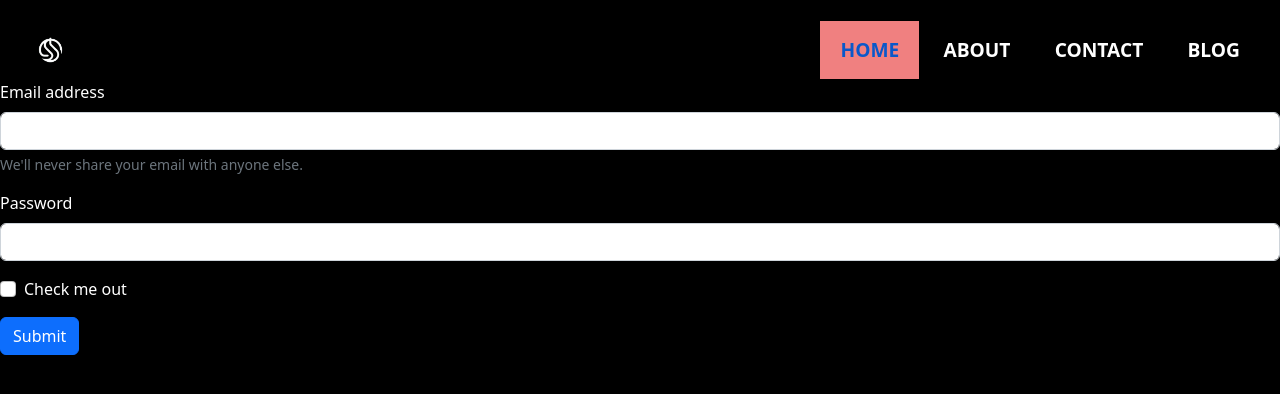
Repository: jaseem1999/sdCommunity
Page: http://localhost/sdCommunity/AdvSign.jsp
These files come from the project's save history. The page is drawn as it stood at one moment and after the next save; the edit follows.
The browser window is 1280 px wide. The pictures show the whole page.
The pointer rests on the first visible `.nav__link a`.
The page is served by Tomcat 9.

Above is the page before, as saved 2023-10-16 15:02:55.

After the next save:
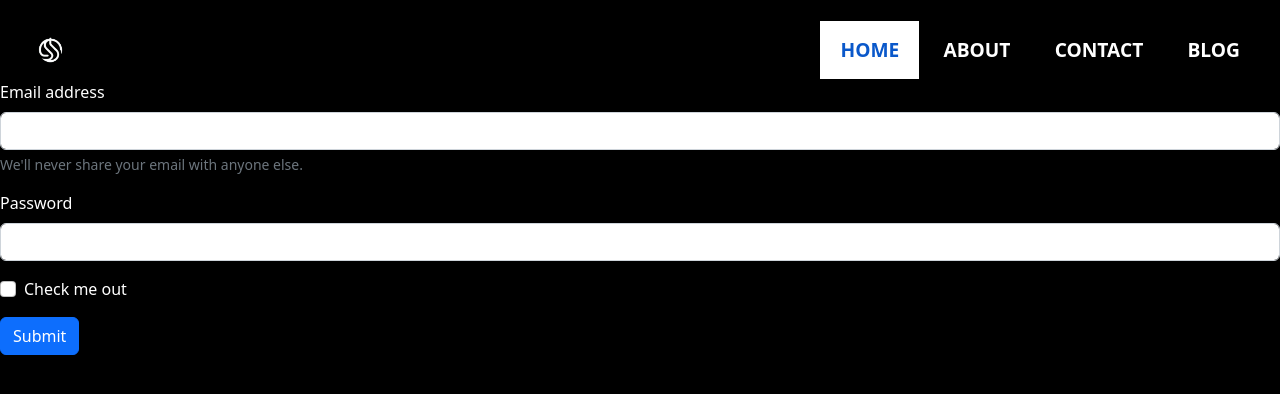
Saved 45 s later.
--- a/sdCommunity/src/main/webapp/AdvSign.jsp
+++ b/sdCommunity/src/main/webapp/AdvSign.jsp
@@ -59,7 +59,7 @@
 }
 
 .nav__link a:hover {
-  background-color: lightcoral;
+  background-color: white;
 }
 
 .hide {

After the save that followed:
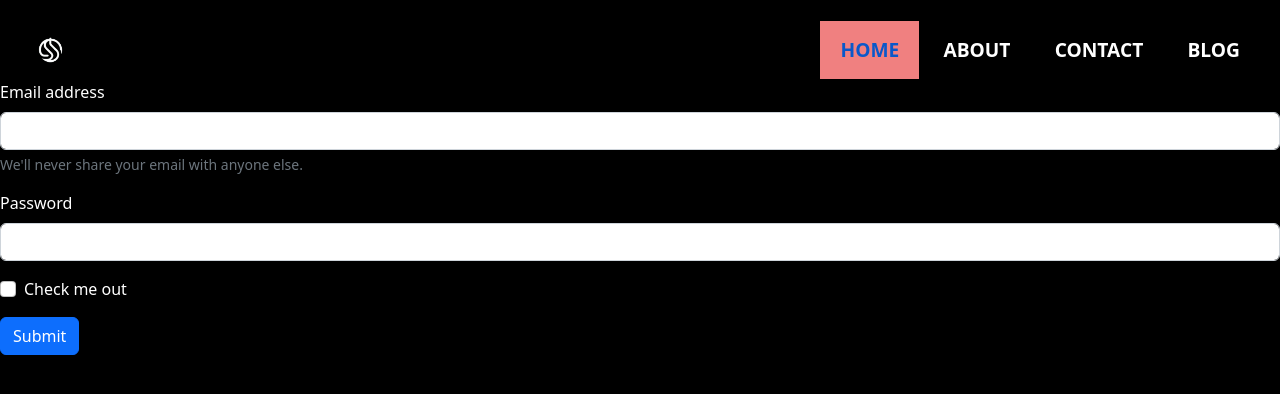
Saved 9 s later.
--- a/sdCommunity/src/main/webapp/AdvSign.jsp
+++ b/sdCommunity/src/main/webapp/AdvSign.jsp
@@ -59,7 +59,7 @@
 }
 
 .nav__link a:hover {
-  background-color: white;
+  background-color: lightcoral;
 }
 
 .hide {
